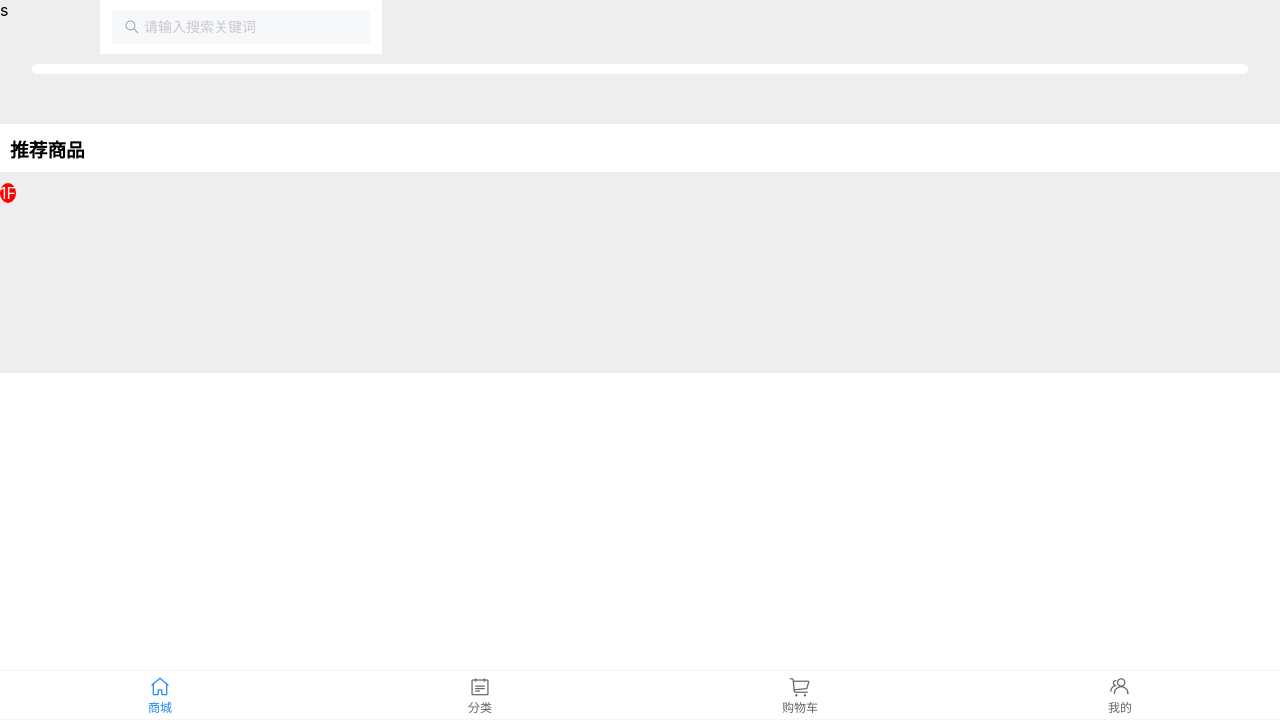
Repository: liuyangming111/mall
Page: /
An editor plug-in stored every save of this project. The page is shown before and after a run of saves, followed by the edit.
The browser window is 1280 px wide. The pictures show the whole page.
The page's requests for data from a server got no answer. The project was rebuilt for these pictures with package versions that can differ from the ones it lists, and the page was loaded fresh each time. No one was signed in, and anything a server would have sent is missing. Also part of the build but not shown: vue.config.js.

Above is the page before, as saved 2020-07-22 08:40:42.

### src/main.js
import Vue from 'vue'
import App from './App.vue'
import router from './router'
import store from './store'
import api from './http/api'
import Vant from 'vant';
import 'vant/lib/index.css';


Vue.prototype.$api = api
Vue.use(Vant);
Vue.config.productionTip = false

new Vue({
  router,
  store,
  render: h => h(App)
}).$mount('#app')

### src/App.vue
<template>
  <div id="app">
    <router-view/>
  </div>
</template>

<style lang="scss">
*{
  margin: 0;
  padding: 0;
}
</style>

### src/router/index.js
import Vue from 'vue'
import VueRouter from 'vue-router'
import Home from '../views/Home.vue'

Vue.use(VueRouter)

  const routes = [
  {
    path: '',
    component: Home,
    children:[
      {
        path:'/',
        name:'mall',
        component:()=>import('../views/mall/mall.vue')
      },
      {
        path:'/classification',
        name:'classification',
        component:()=>import('../views/mall/classification.vue')
      },
      {
        path:'/Car',
        name:'Car',
        component:()=>import('../views/mall/Car.vue')
      },
      {
        path:'/my',
        name:'my',
        component:()=>import('../views/mall/my.vue')
      }
    ]
  },
  {
    path:'/login',
    name:'login',
    component:()=>import('../views/login/login.vue')
  }
]

const router = new VueRouter({
  mode: 'history',
  base: process.env.BASE_URL,
  routes
})
const originalPush = VueRouter.prototype.push
VueRouter.prototype.push = function push(location) {
  return originalPush.call(this, location).catch(err => err)
}

export default router

### src/http/api.js
import service from './index'

export default {
    //1:获取首页数据
    gethome_page() {
        return service.get('/recommend')
    },
    //2:搜索
    //参数: value: 搜索关键词
    postkey_word({ value }) {
        return service.post('/search', { value })
    },
    //3:分类查询
    //id:默认分类的id
    getclassification() {
        return service.get('/classification?mallSubId=${id}')
    },
    //4:查询获取购物车数据
    postcar_data() {
        return service.post('/getCard', {})
    },
    //5:购物车加减商品
    // count: 购物车数量
    // id: 商品id
    // mallPrice: 价格
    postcommodity({ count, id, mallPrice }) {
        return service.post('/editCart', { count, id, mallPrice })
    },
    //6:购物车商品删除
    //商品id(数组)
    postdelete({ id }) {
        return service.post('/deleteShop', { id })
    },
    //7:购物车支付页面
    // address:收货地址
    // tel:电话
    // orderId:所有商品的id(数组)
    // totalPrice:总价格
    // idDirect:用来判断是购物车结算还是直接购买(直接购买为true,购物车结算为false)
    // count:商品数量
    postpayment({ address, tel, orderId, totalPrice, idDirect, count }) {
        return service.post('/order', { address, tel, orderId, totalPrice, idDirect, count })
    },
    //8.单个商品详情
    //id:商品的id
    getdetails() {
        return service.get('/goods/one?id=${id}')
    },
    //9. 收藏单个商品
    //商品的详情信息(传商品对象)
    postcollection() {
        return service.post('/collection', {})
    },
    //10.取消收藏
    //id:商品的id
    postCollection({ id }) {
        return service.post('/cancelCollection', { id })
    },
    //11:查询商品是否已收藏
    //id:商品的id
    postCollections({ id }) {
        return service.post('/isCollection', { id })
    },
    //12. 加入购物车
    //id:商品的id
    postaddShop({ id }) {
        return service.post('/addShop', { id })
    },
    //13. 退出登录
    postloginOut() {
        return service.post('/loginOut', {})
    },
    //14. 获取用户信息
    postqueryUser() {
        return service.post('queryUser', {})
    },
    //15. 修改保存用户信息
    // gender: 性别
    // year: 年
    // month: 月
    // day: 日
    // id: 用户id
    // nickname: 昵称
    postsaveUser({ gender, year, month, day, id, nickname }) {
        return service.post('/saveUser', { gender, year, month, day, id, nickname })
    },
    //16. 商品评论
    // id: 商品cid
    // rate: 分数
    // content: 内容
    // anonymous: 是否匿名
    // _id: 商品的_id
    // order_id: 商品的order_id
    // image: []
    postcomment({ id, rate, content, anonymous, _id, order_id, image }) {
        return service.post('/goodsOne/comment', { id, rate, content, anonymous, _id, order_id, image })
    },
    //17. 获取登录注册默认验证码
    getverify() {
        return service.get('/verify')
    },
    //18. 查询用户收货地址
    getAddress() {
        return service.get('/getAddress')
    },
    //19. 查询默认收货地址
    getDefaultAddress() {
        return service.get('/getDefaultAddress')
    },
    //20. 设置默认收货地址
    //id: 地址id
    postsetDefaultAddress({ id }) {
        return service.post('setDefaultAddress', { id })
    },
    //21. 增加收货地址
    // name:用户名
    // tel:电话
    // address:(省+市+区+详情地址)
    // isDefault:是否默认
    // province:省
    // city:市
    // county:区
    // addressDetail:详情地址，
    // areaCode:地区代码
    // id:修改地址时候要传id
    postaddress({ name, tel, address, isDefault, province, city, county, addressDetail, areaCode, id }) {
        return service.post('/address', { name, tel, address, isDefault, province, city, county, addressDetail, areaCode, id })
    },
    //22. 删除地址
    //id:地址_id
    postdeleteAddress({ id }) {
        return service.post('/deleteAddress', { id })
    },
    //23. 注册
    // nickname: 用户名
    // password:密码
    // verify:验证码
    postregister({ nickname, password, verify }) {
        return service.post('/register', { nickname, password, verify })
    },
    //24. 登录
    // nickname: 用户名
    // password:密码
    // verify:验证码
    postlogin({ nickname, password, verify }) {
        return service.post('/login', { nickname, password, verify })
    },
    //25. 订单查询
    getMyOrder() {
        return service.get('/getMyOrder')
    },
    //26. 查询已评价
    getevaluate() {
        return service.get('/alreadyEvaluated')
    },
    //27. 查询未评价
    getevaluates() {
        return service.get('/tobeEvaluated')
    },
    //28. 查询单条评论
    //id:商品id
    //_id:数据库的那条id
    postevaluateOne({ id, _id }) {
        return service.post('/evaluateOne', { id, _id })
    }
}

### src/views/Home.vue
<template>
 <div>
    <div><router-view></router-view></div>
    <div><bottom></bottom></div>
 </div>
</template>

<script>
  import bottom from '../components/bottom'
 export default {
   name: '',
   props: {
   },
   components: {
     bottom
   },
   data () {
     return {

     }
   },
   methods: {

   },
   mounted() {

   },
   watch: {

   },
   computed: {

   }
 }
</script>

<style scoped lang='scss'>

</style>

### src/views/mall/mall.vue
<template>
  <div style="background-color: rgb(238,238,238)">
    <div class="top">
      <div class="city">s</div>
      <div>
        <van-search v-model="value" placeholder="请输入搜索关键词" />
      </div>
    </div>
    <van-swipe class="my-swipe" :autoplay="3000" indicator-color="white" v-if="slides.length>0">
      <van-swipe-item>
        <img :src="slides[0].image" alt />
      </van-swipe-item>
      <van-swipe-item>
        <img :src="slides[1].image" alt />
      </van-swipe-item>
      <van-swipe-item>
        <img :src="slides[2].image" alt />
      </van-swipe-item>
    </van-swipe>
    <div class="category">
      <div v-for="(item, index) in category" :key="index">
        <div>
          <img :src="item.image" />
        </div>
        <div>{{item.mallCategoryName}}</div>
      </div>
    </div>
    <div>
      <img :src="advertesPicture.PICTURE_ADDRESS" alt class="picture" />
    </div>
    <br />
    <div class="recommends">
      <h3 style="margin:10px">推荐商品</h3>
      <div class="recommend" ref="container">
          <div class="recommend_1">
            <div v-for="(item, index) in recommend" :key="index">
              <div>
                <img :src="item.image" alt />
              </div>
              <div class="center">{{item.goodsName}}</div>
              <div style="margin:6px">
                <span>￥{{item.mallPrice}}</span>
                <span class="original_price">
                  <s>￥{{item.price}}</s>
                </span>
              </div>
              <div class="details">
                <div>
                  <van-icon name="cart" />
                </div>
                <div>查看详情</div>
              </div>
            </div>
        </div>
      </div>
    </div>
    <malll></malll>
  </div>
</template>

<script>
import { Toast } from "vant";
import BScroll from "better-scroll";
import malll from "../../components/mall/malll";
export default {
  name: "",
  props: {},
  components: {
    malll
  },
  data() {
    return {
      value: "",
      category: [],
      slides: [],
      advertesPicture: "",
      recommend: ""
    };
  },
  methods: {
    getData() {
      this.$api
        .gethome_page()
        .then(res => {
          this.category = res.data.category;
          // console.log(this.category);
          this.slides = res.data.slides;
          // console.log(this.slides)
          this.advertesPicture = res.data.advertesPicture;
          // console.log(this.advertesPicture)
          this.recommend = res.data.recommend;
          // console.log(this.recommend)
          // console.log(res)
        })
        .catch(err => {
          console.log(err);
        });
    }
  },
  mounted() {
    this.getData();
    new BScroll(this.$refs.container,{
    scrollX: true,
    click: true
    })
  },
  watch: {},
  computed: {}
};
</script>

<style scoped>
.top {
  display: flex;
}
.my-swipe .van-swipe-item {
  color: #fff;
  font-size: 20px;
  line-height: 150px;
  text-align: center;
  width: 100%;
  height: 160px;
}
.my-swipe img {
  width: 100%;
}
.category {
  width: 95%;
  margin: 10px auto;
  background-color: white;
  font-size: 14px;
  padding-bottom: 10px;
  border-radius: 10px;
  display: flex;
  justify-content: space-evenly;
}
.category img {
  width: 55px;
  margin-top: 10px;
}
.city {
  width: 100px;
}
.picture {
  width: 100%;
}
.recommends {
  background-color: white;
  border-top: 1px solid white;
}
.recommend_1 {
  display: flex;
  display: flex;
  flex: 1;
  border-top: 1px solid #eee;
}
.recommend_1 > div {
  border: 1px solid #eee;
}
.recommend_1 img {
  width: 125px;
}
.original_price {
  color: #999;
}
.details {
  display: flex;
  height: 30px;
  width: 110px;
  background-color: red;
  border-radius: 10px;
  margin: 10px auto;
}
.details div:nth-child(1) {
  background-color: olive;
  color: white;
  text-align: center;
  line-height: 34px;
  font-size: 20px;
  width: 40px;
  border-radius: 10px 0 0 10px;
}
.details div:nth-child(2) {
  margin-left: 10px;
  font-size: 12px;
  line-height: 30px;
  color: white;
}
.center {
  font-size: 14px;
  width: 125px;
  overflow: hidden;
  text-overflow: ellipsis;
  white-space: nowrap;
}
.recommend {
  display: flex;
  overflow: hidden;
  background-color: #fff;
}
</style>

### src/http/index.js
import axios from 'axios'
const service = axios.create({
    baseURL: '/api',
    timeout: 5000
})

service.interceptors.response.use((res) => {
    return res.data
}, err => {
    console.log(err)
})

export default service

### src/components/bottom.vue
<template>
  <div>
    <van-tabbar v-model="active">
      <van-tabbar-item icon="wap-home-o" @click="mall">商城</van-tabbar-item>
      <van-tabbar-item icon="notes-o" @click="classification">分类</van-tabbar-item>
      <van-tabbar-item icon="shopping-cart-o" @click="Car">购物车</van-tabbar-item>
      <van-tabbar-item icon="friends-o" @click="my">我的</van-tabbar-item>
    </van-tabbar>
  </div>
</template>

<script>
export default {
  name: "",
  props: {},
  components: {},
  data() {
    return {
        active: 0,
    };
  },
  methods: {
    mall(){
      this.$router.push('/')
    },
    classification(){
      this.$router.push('/classification')
    },
    Car(){
      this.$router.push('/Car')
    },
    my(){
      this.$router.push('/my')
    }
  },
  mounted() {},
  watch: {},
  computed: {}
};
</script>

<style scoped lang='scss'>
</style>

### src/components/mall/malll.vue
<template>
  <div>
    <div class="floor1"><span class="floor1_1">1F</span>{{floorName.floor1}}</div>
    <div class="food">
        <div v-for="(item, index) in floor1" :key="index" class="food1">
            <div v-if="index===0"><img :src="item.image" alt=""></div>
            <div v-else><img :src="item.image" alt=""></div>
        </div>
    </div>
    <br/>
    <br/>
    <br/>
    <br/>
    <br/>
    <br/>
    <br/>
    <br/>
  </div>
</template>

<script>
export default {
  name: "",
  props: {},
  components: {},
  data() {
    return {
        floorName:'',
        floor1:[]
    };
  },
  methods: {
    getData() {
      this.$api.gethome_page()
        .then(res => {
            this.floorName=res.data.floorName
            // console.log(this.floorName)
            this.floor1=res.data.floor1
            // console.log(this.floor1)
          console.log(res);
        })
        .catch(err => {
          console.log(err);
        });
    }
  },
  mounted() {
    this.getData();
  },
  watch: {},
  computed: {}
};
</script>

<style scoped>
.floor1{
    color: red;
    text-align: center;
    margin: 10px 0;
}
.floor1_1{
    border-radius: 50%;
    background-color: red;
    color: white;
}
.floor1{
  display: flex;
  flex-wrap: wrap;
}
.food img{
  width: 50%;
}
</style>

Loaded but not shown: public/index.html (common file); src/store/index.js (common file)

After the next 4 saves:
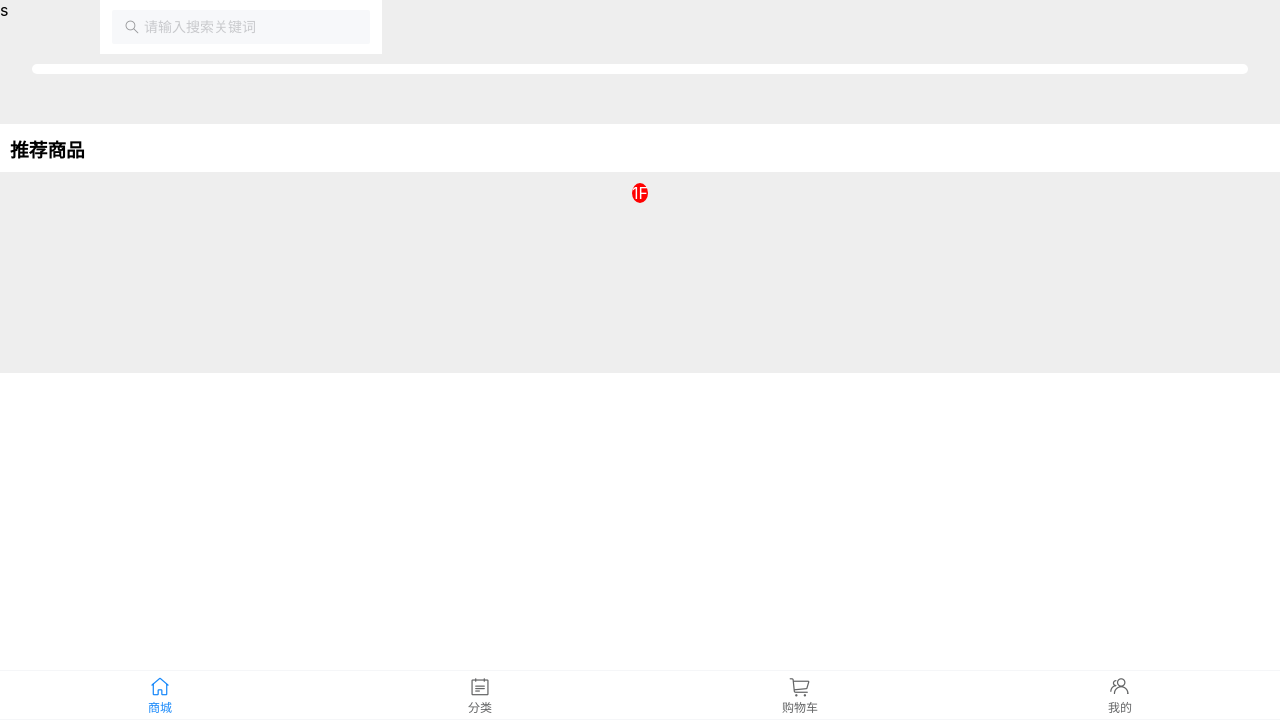
The 4 saves are shown as one change because they came seconds apart.
The last was saved 30 s later.
--- a/src/components/mall/malll.vue
+++ b/src/components/mall/malll.vue
@@ -63,11 +63,11 @@ export default {
     background-color: red;
     color: white;
 }
-.floor1{
+.food{
   display: flex;
   flex-wrap: wrap;
 }
-.food img{
+.food1 img{
   width: 50%;
 }
 </style>
